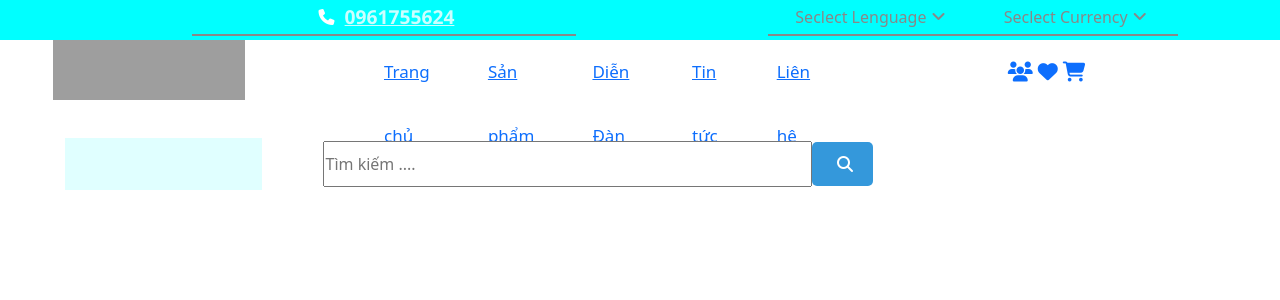
Repository: giacatdat2k5/Baitaplon
Page: da/d.html
The author's editor kept a copy of each file at every save. The page is drawn from the files as they stood at one save, then again after the next save.
The browser window is 1280 px wide. The pictures show the whole page.
Pictures or frames that could not be fetched are drawn as grey boxes.

Above is the page before, as saved 2023-11-07 00:56:45.

After the next save:
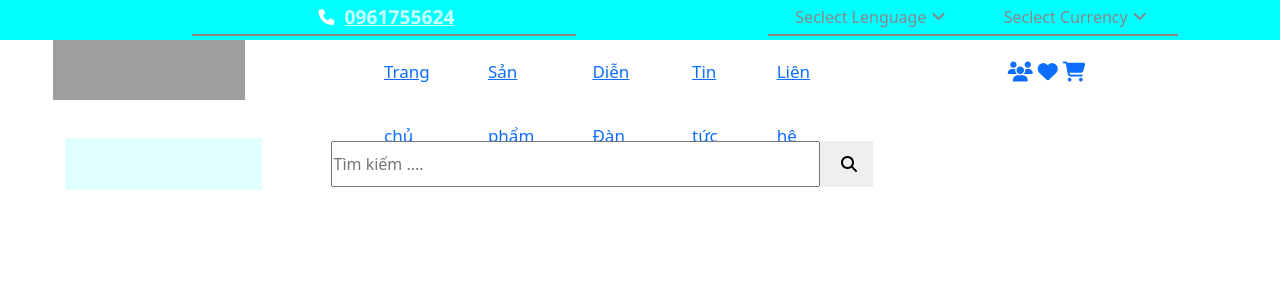
Saved 20 s later.
--- a/da/d.css
+++ b/da/d.css
@@ -161,12 +161,11 @@
     border-top-bottom-left: 2px solid black;
 }
 .nut{
-    padding: 10px 20px;
-    background-color: #3498db;
-    color: #fff;
-    border: none;
-    border-radius: 5px;
-    font-size: 16px;
-    cursor: pointer;
-    transition: background-color 0.3s;
+    width: 53px;
+    height: 46px;
+    display: flex;
+    justify-content: center;
+    align-items: center;
+    border:none;
+
 }
